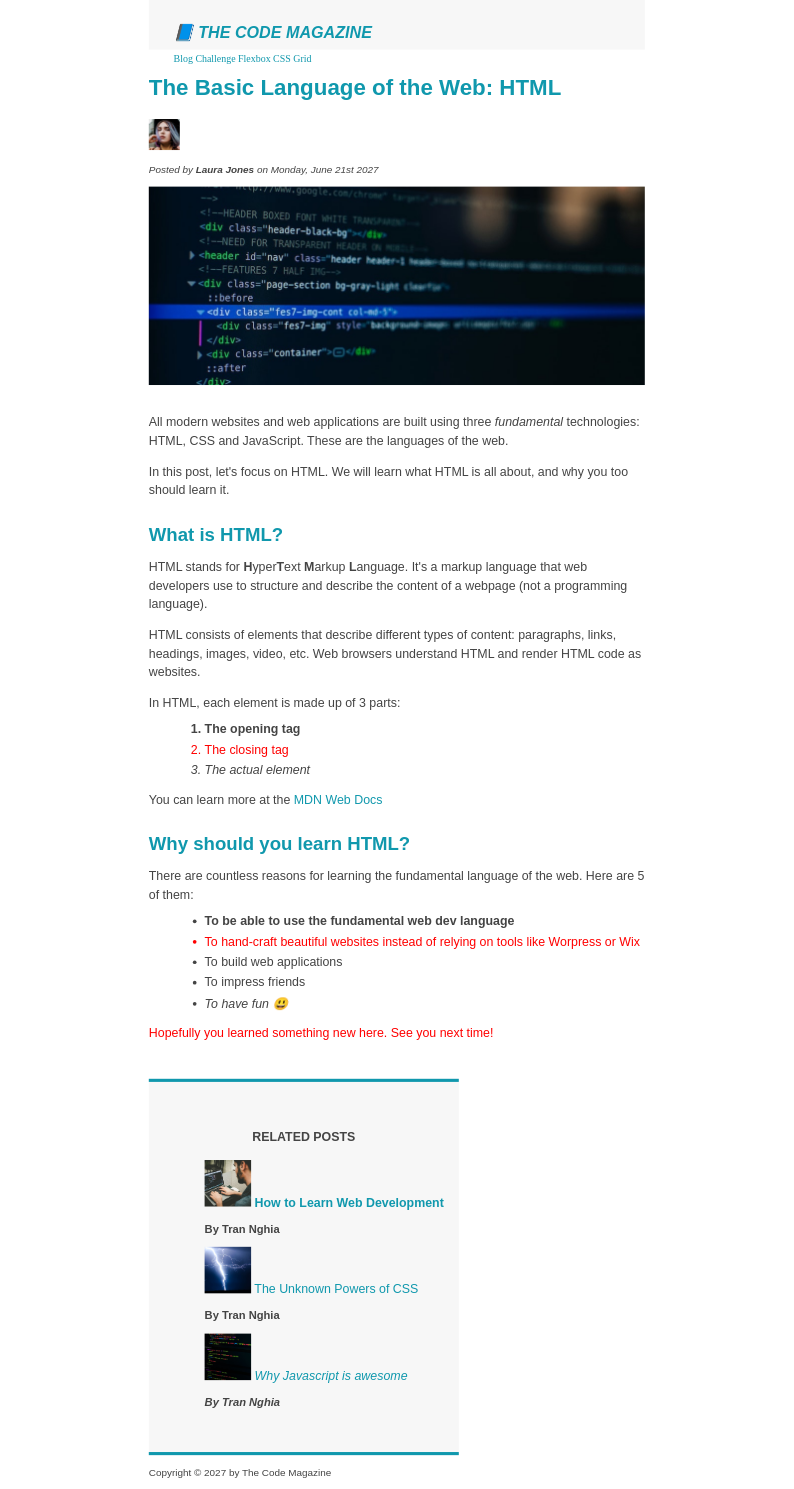
Repository: nghiakma/HTML-CSS-Fundamental
Page: HTML/index.html
The author's editor kept a copy of each file at every save. The page is drawn from the files as they stood at one save, then again after the next save.
The browser window is 1280 px wide. The pictures show the whole page, at 62% of full size.

Above is the page before, as saved 2023-08-20 21:33:56.

### HTML/index.html
<!DOCTYPE html>
<html lang="en">

<head>
  <meta charset="UTF-8">
  <meta name="viewport" content="width=device-width, initial-scale=1.0">
  <title>The Basic Language of the web: HTML</title>
  <link rel="stylesheet" href="/CSS/index.css">
</head>

<body>

  <div class="container">
    <header class="main-header">
      <h1>📘 The Code Magazine</h1>
      <nav>
        <a href="#">Blog</a>
        <a href="#">Challenge</a>
        <a href="#">Flexbox</a>
        <a href="#">CSS Grid</a>
      </nav>
    </header>

    <article>
      <header class="post-header">
        <h2>The Basic Language of the Web: HTML</h2>
        <img src="./laura-jones.jpg" alt="Headshot of Laura Jones" height="50" width="50">
        <p id="author">Posted by <strong>Laura Jones</strong> on Monday, June 21st 2027</p>
        <img class="post-img" src="./post-img.jpg" alt="HTML code on a screen" width="500" height="200">
      </header>
      <p>
        All modern websites and web applications are built using three <em>fundamental</em> technologies: HTML, CSS and
        JavaScript.
        These are the languages of the web.
      </p>
      <p>
        In this post, let's focus on HTML. We will learn what HTML is all about, and why you too should learn it.
      </p>
      <h3>What is HTML?</h3>
      <p>
        HTML stands for <strong>H</strong>yper<strong>T</strong>ext <strong>M</strong>arkup <strong>L</strong>anguage.
        It's
        a markup language that web developers use to structure and describe
        the content of a webpage (not a programming language).
      </p>
      <p>
        HTML consists of elements that describe different types of content: paragraphs, links, headings, images, video,
        etc.
        Web browsers understand HTML and render HTML code as websites.
      </p>
      <p>In HTML, each element is made up of 3 parts:</p>
      <ol>
        <li>The opening tag</li>
        <li>The closing tag</li>
        <li>The actual element</li>
      </ol>
      <p>You can learn more at the <a href="https://developer.mozilla.org/en-US/docs/Web/HTML" target="_blank">MDN Web
          Docs</a></p>
      <h3>Why should you learn HTML?</h3>
      <p>There are countless reasons for learning the fundamental language of the web. Here are 5 of them:</p>
      <ul>
        <li>To be able to use the fundamental web dev language</li>
        <li>To hand-craft beautiful websites instead of relying on tools like Worpress or Wix</li>
        <li>To build web applications</li>
        <li>To impress friends</li>
        <li>To have fun 😃</li>
      </ul>
      <p>Hopefully you learned something new here. See you next time!</p>
    </article>

    <!--Thuong duoc su dung de bo sung thong tin cho trang chinh
  Xác định nội dung nằm bên cạnh nội dung của trang-->
    <aside>
      <h4>Related posts</h4>

      <ul class="related">
        <li>
          <img src="./related-1.jpg" alt="Person programming" width="75" height="75">
          <a href="#">How to Learn Web Development</a>
          <p class="related-author">By Tran Nghia</p>
        </li>
        <li>
          <img src="./related-2.jpg" alt="Powers" width="75" height="75">
          <a href="#">The Unknown Powers of CSS</a>
          <p class="related-author">By Tran Nghia</p>
        </li>
        <li>
          <img src="./related-3.jpg" alt="Javascript" width="75" height="75">
          <a href="#">Why Javascript is awesome</a>
          <p class="related-author">By Tran Nghia</p>
        </li>
      </ul>
    </aside>

    <footer>
      <p id="copyright">Copyright &copy; 2027 by The Code Magazine</p>
    </footer>
  </div>
</body>

</html>

### CSS/index.css
* {
  box-sizing: border-box;
}
body {
  margin: 0;
  padding: 0;
}
h1,
h2,
h3,
h4,
p,
li {
  font-family: sans-serif;
  color: #444;
}
h1,
h2,
h3 {
  color: #1098ad;
}
h1 {
  font-size: 26px;
  text-transform: uppercase;
  font-style: italic;
}
h2 {
  font-size: 36px;
  margin-bottom: 30px;
}
h3 {
  font-size: 30px;
  margin-bottom: 20px;
  margin-top: 40px;
}
h4 {
  font-size: 20px;
  text-transform: uppercase;
  text-align: center;
}
p {
  font-size: 20px;
  line-height: 1.5;
  margin-bottom: 15px;
}
ul,
ol {
  margin-left: 50px;
}
li {
  font-size: 20px;
  margin-bottom: 10px;
}
li:last-child {
  margin-bottom: 0;
}
/* footer p {
  font-size: 16px;
} */
/* article header p {
  font-style: italic;
} */

#author {
  font-style: italic;
  font-size: 16px;
}
#copyright {
  font-size: 16px;
}
.related-author {
  font-size: 18px;
  font-weight: bold;
}
.related {
  list-style: none;
}
/*Le trai va phai giong nhau: tinh toan tu dong boi trinh duyet*/
.container {
  width: 800px;
  margin-left: auto;
  margin-right: auto;
}
.main-header {
  background-color: #f7f7f7;
  /* padding: 20px;
  padding-left: 20px;
  padding-right: 40px; */
  padding: 20px 40px;
  margin-bottom: 40px;
  height: 80px;
}
article {
  margin-bottom: 60px;
}
.post-header {
  margin-bottom: 40px;
}
/*dung height: auto ; dua ti le khung hinh ve nhu ban dau*/
.post-img {
  width: 100%;
  height: auto;
}
aside {
  background-color: #f7f7f7;
  border-top: 5px solid #1098ad;
  border-bottom: 5px solid #1098ad;
  padding: 50px 0;
  width: 500px;
}
li:first-child {
  font-weight: bold;
}
li:last-child {
  font-style: italic;
}
li:nth-child(2) {
  color: red;
}
article p:last-child {
  color: red;
}
a:link {
  color: #1098ad;
  text-decoration: none;
}
a:visited {
  color: #1098ad;
}
a:hover {
  color: orangered;
  font-weight: bold;
  text-decoration: underline orangered;
}
a:active {
  background-color: black;
  font-style: italic;
}

After the next save:
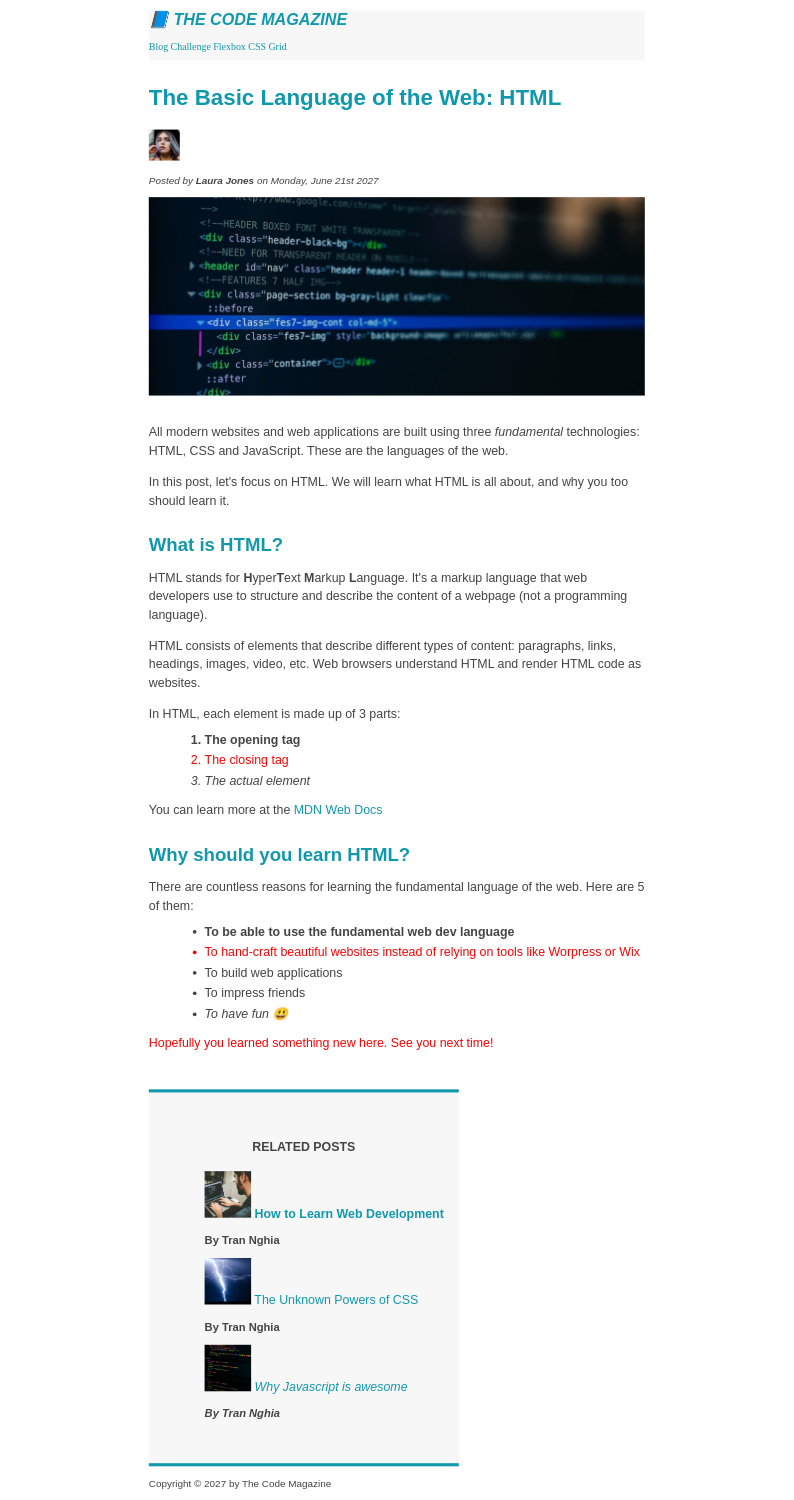
Saved 63 s later.
--- a/CSS/index.css
+++ b/CSS/index.css
@@ -86,7 +86,7 @@
   /* padding: 20px;
   padding-left: 20px;
   padding-right: 40px; */
-  padding: 20px 40px;
+
   margin-bottom: 40px;
   height: 80px;
 }

After the save that followed:
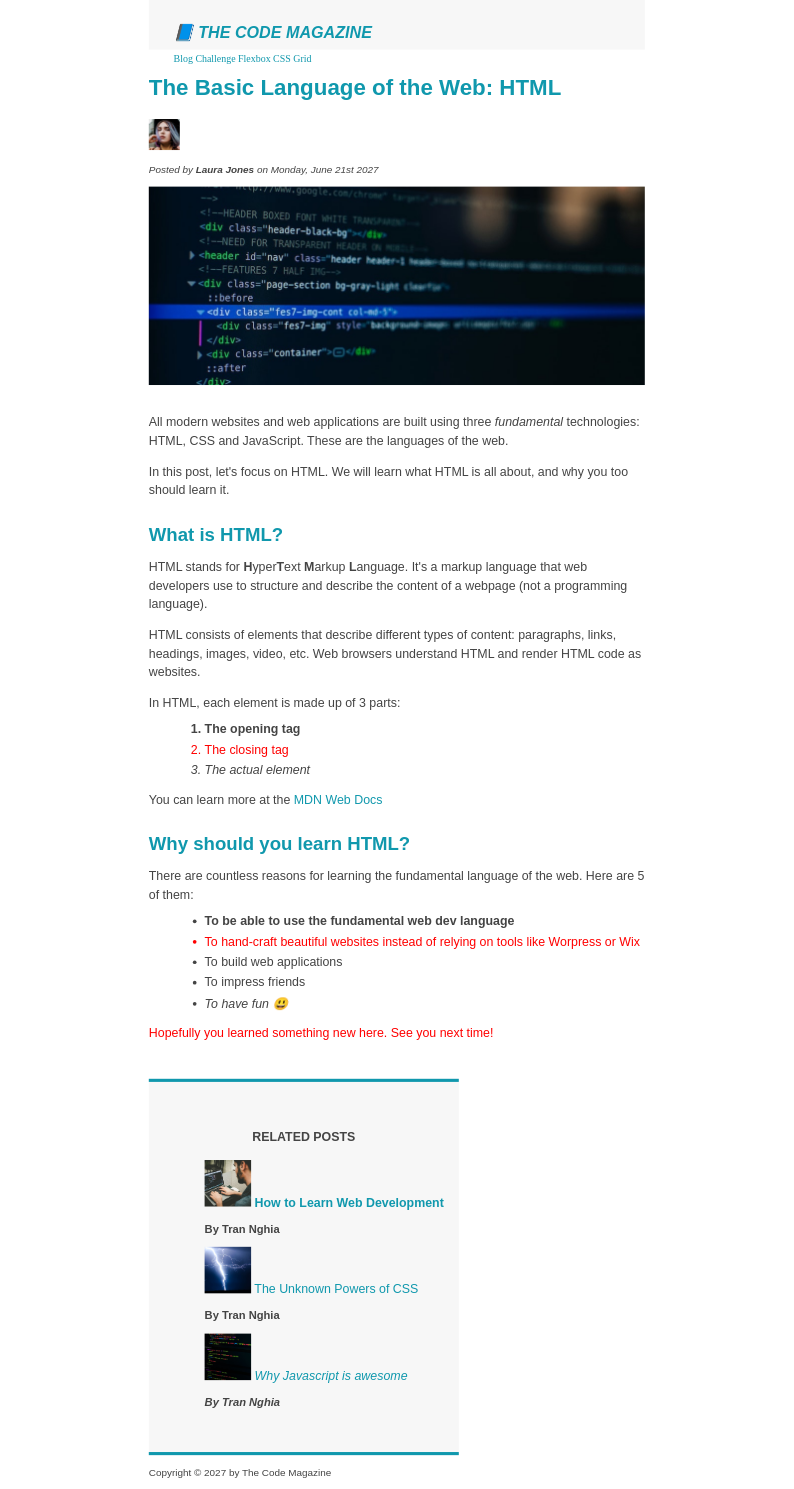
Saved 9 s later.
--- a/CSS/index.css
+++ b/CSS/index.css
@@ -86,7 +86,7 @@
   /* padding: 20px;
   padding-left: 20px;
   padding-right: 40px; */
-
+  padding: 20px 40px;
   margin-bottom: 40px;
   height: 80px;
 }
